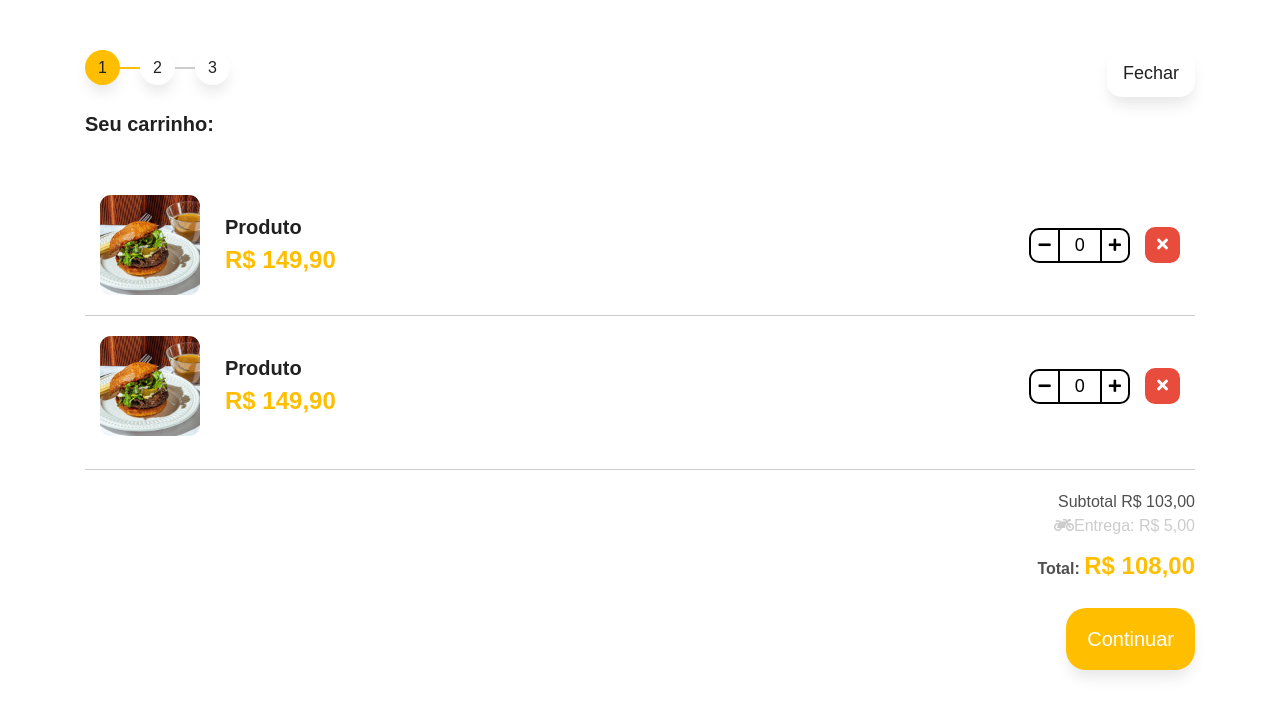
Repository: darkness318/restaraunt
Page: index.html
The author's editor kept a copy of each file at every save. The page is drawn from the files as they stood at one save, then again after the next save.
The browser window is 1280 px wide. The pictures show the window.
A layer covers the whole window, so only the first screen is drawn.

Above is the page before, as saved 2024-10-01 10:21:31.

### index.html
<!DOCTYPE html>
<html lang="pt-br">
  <head>
    <meta charset="UTF-8" />
    <meta name="viewport" content="width=device-width, initial-scale=1.0" />
    <title>Restaurente - Seja bem vindo!</title>
    <link rel="stylesheet" href="./css/bootstrap.min.css" />
    <link rel="stylesheet" href="./css/fontawesome.css" />
    <link rel="stylesheet" href="./css/main.css" />
  </head>

  <body>
    <section class="header">
      <div class="container">
        <nav class="navbar navbar-expand-lg pl-0 pr-0">
          <a class="navbar-brand" href="#">
            <img src="./img/logo.png" width="160" class="img-logo" />
          </a>
          <button
            class="navbar-toggler"
            type="button"
            data-toggle="collapse"
            data-target="#navbarNavDropdown"
          >
            <span class="navbar-toggler-icon">
              <i class="fas fa-bars"></i>
            </span>
          </button>
          <div class="collapse navbar-collapse" id="navbarNavDropdown">
            <ul class="navbar-nav ml-auto mr-auto">
              <li class="nav-item">
                <a href="#reservas" class="nav-link"><b>Reservas</b></a>
              </li>
              <li class="nav-item">
                <a href="#servicos" class="nav-link"><b>Serviços</b></a>
              </li>
              <li class="nav-item">
                <a href="#cardapio" class="nav-link"><b>Cardápio</b></a>
              </li>
              <li class="nav-item">
                <a href="#depoimentos" class="nav-link"><b>Depoimentos</b></a>
              </li>
            </ul>
            <a class="btn btn-white btn-icon">
              Meu carrinho
              <span class="icon">
                <i class="fa fa-shopping-bag"></i>
              </span>
            </a>
          </div>
        </nav>
      </div>
    </section>

    <section class="banner">
      <div class="container">
        <div class="row">
          <div class="col-6">
            <div class="d-flex text-banner">
              <h1>
                <b>Escolha sua comida <b class="color-primary">favorita.</b></b>
              </h1>
              <p>
                Aproveite nosso cardápio! Escolha o que desejar e receba em sua
                casa de forma rápida e segura.
              </p>
              <div>
                <a class="btn btn-yellow mt-4 mr-3"> Ver Cardápio </a>
                <a href="#" class="btn btn-white btn-icon-left mt-4">
                  <span class="icon-left">
                    <i class="fa fa-phone"></i>
                  </span>
                  (66) 9 9999-8888
                </a>
              </div>
            </div>
            <a class="btn btn-sm btn-white btn-social mt-4 mr-3">
              <i class="fab fa-instagram"></i>
            </a>
            <a class="btn btn-sm btn-white btn-social mt-4 mr-3">
              <i class="fab fa-facebook-f"></i>
            </a>
            <a class="btn btn-sm btn-white btn-social mt-4">
              <i class="fab fa-whatsapp"></i>
            </a>
          </div>
          <div class="col-6">
            <div class="card-banner"></div>
            <div class="d-flex img-banner">
              <img src="./img/burguer.png" />
            </div>
            <div class="card card-case">
              "Entrega rápida e funcionários simpáticos.
              <br />A comida chegou quente e <br />
              muito saborosa!"
              <span class="card-case-name">
                <b>Thiago Lopes</b>
              </span>
            </div>
          </div>
        </div>
      </div>
    </section>
    <section class="servicos" id="servicos">
      <div class="background-servicos"></div>

      <div class="container">
        <div class="class row">
          <div class="col-12 text-center mb-5">
            <span class="hint-title"><b>Serviços</b></span>
            <h1 class="title">
              <b>Como são nossos serviços?</b>
            </h1>
          </div>

          <div class="col-4 mb-5">
            <div class="card-icon text-center">
              <img src="./img/icone-pedido.svg" width="150 " />
            </div>

            <div class="card-text text-center mt-3">
              <p><b>Fácil de pedir</b></p>
              <span>
                Você só precisa de alguns passos para pedir sua comida.
              </span>
            </div>
          </div>

          <div class="col-4 mb-5">
            <div class="card-icon text-center">
              <img src="./img/icone-delivery.svg" width="250 " />
            </div>

            <div class="card-text text-center mt-3">
              <p><b>Entrega Rápida</b></p>
              <span> Nossa entrega é sempre pontual, rápida e segura. </span>
            </div>
          </div>

          <div class="col-4 mb-5">
            <div class="card-icon text-center">
              <img src="./img/icone-qualidade.svg" width="250 " />
            </div>

            <div class="card-text text-center mt-3">
              <p><b>Melhor qualidade</b></p>
              <span>
                Não só a rapidez na entrega, a qualidade também é o nosso forte.
              </span>
            </div>
          </div>
        </div>
      </div>
    </section>
    <section class="cardapio" id="cardapio">
      <div class="background-cardapio"></div>

      <div class="container">
        <div class="row">
          <div class="col-12 text-center mb-5">
            <span class="hint-title"><b>Cardápio</b></span>
            <h1 class="title">
              <b>Conheça o nosso Cardápio</b>
            </h1>
          </div>

          <div class="col-12 container-menu">
            <a class="btn btn-white btn-sm mr-3">
              <i class="fas fa-hamburger"></i>&nbsp;Burgers
            </a>
            <a class="btn btn-white btn-sm mr-3">
              <i class="fas fa-pizza-slice"></i>&nbsp;Pizzas
            </a>
            <a class="btn btn-white btn-sm mr-3">
              <i class="fas fa-drumstick-bite"></i>&nbsp;Churrasco
            </a>
            <a class="btn btn-white btn-sm mr-3">
              <i class="fas fa-bacon"></i>&nbsp;Steaks
            </a>
            <a class="btn btn-white btn-sm mr-3">
              <i class="fas fa-cocktail"></i>&nbsp;Bebidas
            </a>
            <a class="btn btn-white btn-sm mr-3">
              <i class="fas fa-ice-cream"></i>&nbsp;Sobremesas
            </a>
          </div>

          <div class="col-12">
            <div class="row" id="itensCardapio">
              <div class="col-3 mb-5">
                <div class="card card-item">
                  <div class="img-produto">
                    <img
                      src="./img/cardapio/burguers/burger-au-poivre-kit-4-pack.3ca0e39b02db753304cd185638dad518.jpg"
                    />
                  </div>
                  <p class="title-produto text-center mt-4">
                    <b>Nome do produto muito grande</b>
                  </p>
                  <p class="price-produto text-center">
                    <b>R$ 154,90</b>
                  </p>

                  <div class="add-carrinho">
                    <span class="btn-menos"><i class="fas fa-minus"></i></span>
                    <span class="btn-numero-itens">0</span>
                    <span class="btn-mais"><i class="fas fa-plus"></i></span>
                    <span class="btn btn-add"
                      ><i class="fa fa-shopping-bag"></i
                    ></span>
                  </div>
                </div>
              </div>

              <div class="col-3 mb-5">
                <div class="card card-item">
                  <div class="img-produto">
                    <img
                      src="./img/cardapio/burguers/burger-au-poivre-kit-4-pack.3ca0e39b02db753304cd185638dad518.jpg"
                    />
                  </div>
                  <p class="title-produto text-center mt-4">
                    <b>Nome do produto muito grande</b>
                  </p>
                  <p class="price-produto text-center">
                    <b>R$ 154,90</b>
                  </p>

                  <div class="add-carrinho">
                    <span class="btn-menos"><i class="fas fa-minus"></i></span>
                    <span class="btn-numero-itens">0</span>
                    <span class="btn-mais"><i class="fas fa-plus"></i></span>
                    <span class="btn btn-add"
                      ><i class="fa fa-shopping-bag"></i
                    ></span>
                  </div>
                </div>
              </div>

              <div class="col-3 mb-5">
                <div class="card card-item">
                  <div class="img-produto">
                    <img
                      src="./img/cardapio/burguers/burger-au-poivre-kit-4-pack.3ca0e39b02db753304cd185638dad518.jpg"
                    />
                  </div>
                  <p class="title-produto text-center mt-4">
                    <b>Nome do produto muito grande</b>
                  </p>
                  <p class="price-produto text-center">
                    <b>R$ 154,90</b>
                  </p>

                  <div class="add-carrinho">
                    <span class="btn-menos"><i class="fas fa-minus"></i></span>
                    <span class="btn-numero-itens">0</span>
                    <span class="btn-mais"><i class="fas fa-plus"></i></span>
                    <span class="btn btn-add"
                      ><i class="fa fa-shopping-bag"></i
                    ></span>
                  </div>
                </div>
              </div>

              <div class="col-3 mb-5">
                <div class="card card-item">
                  <div class="img-produto">
                    <img
                      src="./img/cardapio/burguers/burger-au-poivre-kit-4-pack.3ca0e39b02db753304cd185638dad518.jpg"
                    />
                  </div>
                  <p class="title-produto text-center mt-4">
                    <b>Nome do produto muito grande</b>
                  </p>
                  <p class="price-produto text-center">
                    <b>R$ 154,90</b>
                  </p>

                  <div class="add-carrinho">
                    <span class="btn-menos"><i class="fas fa-minus"></i></span>
                    <span class="btn-numero-itens">0</span>
                    <span class="btn-mais"><i class="fas fa-plus"></i></span>
                    <span class="btn btn-add"
                      ><i class="fa fa-shopping-bag"></i
                    ></span>
                  </div>
                </div>
              </div>
            </div>
          </div>
          <div class="col-12 text-center">
            <a class="btn btn-white btn-sm">Ver mais</a>
          </div>
        </div>
      </div>
    </section>
    <section class="depoimentos" id="depoimentos">
      <div class="background-depoimentos"></div>
      <div class="container">
        <div class="row">
          <div class="col-5 text-center">
            <div class="card-depoimentos"></div>
            <div class="d-flex img-banner">
              <img src="./img/pizzas.png" />
            </div>
          </div>

          <div class="col-7">
            <span class="hint-title"><b>Depoimentos</b></span>
            <h1 class="title">
              <b>O que dizem sobre nós</b>
            </h1>
            <div class="mb-5">
              <div class="depoimento" id="depoimento-1">
                <div class="container-dados-depoimento">
                  <div class="imagem-depoimento"></div>
                  <div>
                    <p class="nome-depoimento"><b>Diego Pereira</b></p>
                    <p class="nota-depoimento">
                      <i class="fas fa-star"></i>
                      <i class="fas fa-star"></i>
                      <i class="fas fa-star"></i>
                      <i class="fas fa-star"></i>
                      <i class="fas fa-star-half-alt"></i>&nbsp;
                      <span>4.5</span>
                    </p>
                  </div>
                </div>
                <p class="texto-depoimento">
                  <i class="fas fa-quote-left"></i>
                  <span>
                    Muito bom, recomendo demais! Comida muito bem feita pelo
                    chefe, atendimento dentro dos parâmetros e boa comunicação
                    com o cliente.
                  </span>
                  <i class="fas fa-quote-right"></i>
                </p>
              </div>

              <div class="depoimento hidden" id="depoimento-2">
                <div class="container-dados-depoimento">
                  <div class="imagem-depoimento"></div>
                  <div>
                    <p class="nome-depoimento"><b>Ana Beatriz</b></p>
                    <p class="nota-depoimento">
                      <i class="fas fa-star"></i>
                      <i class="fas fa-star"></i>
                      <i class="fas fa-star"></i>
                      <i class="fas fa-star"></i>
                      <i class="fas fa-star"></i>&nbsp; <span>5.0</span>
                    </p>
                  </div>
                </div>
                <p class="texto-depoimento">
                  <i class="fas fa-quote-left"></i>
                  <span>
                    Um jantar perfeito do começo ao fim. Comida, experiência,
                    serviço... foi tão maravilhoso que fomos dois dias seguidos
                    - fato inédito para mim em uma viagem.
                  </span>
                  <i class="fas fa-quote-right"></i>
                </p>
              </div>

              <div class="depoimento hidden" id="depoimento-3">
                <div class="container-dados-depoimento">
                  <div class="imagem-depoimento"></div>
                  <div>
                    <p class="nome-depoimento"><b>João Guilherme</b></p>
                    <p class="nota-depoimento">
                      <i class="fas fa-star"></i>
                      <i class="fas fa-star"></i>
                      <i class="fas fa-star"></i>
                      <i class="fas fa-star"></i>
                      <i class="far fa-star"></i>&nbsp; <span>4.0</span>
                    </p>
                  </div>
                </div>
                <p class="texto-depoimento">
                  <i class="fas fa-quote-left"></i>
                  <span>
                    A comida estava excelente e o serviço gentil nos
                    surpreendeu! Dica: reserve umas 3 horas para ter uma
                    experiência incrível.
                  </span>
                  <i class="fas fa-quote-right"></i>
                </p>
              </div>
            </div>

            <a class="btn btn-sm btn-white btn-social mr-3 active">1</a>
            <a class="btn btn-sm btn-white btn-social mr-3">2</a>
            <a class="btn btn-sm btn-white btn-social">3</a>
          </div>
        </div>
      </div>
    </section>
    <section class="reserva" id="reserva">
      <div class="container">
        <div class="row">
          <div class="col-12">
            <div class="card-secondary">
              <div class="row">
                <div class="col-7">
                  <span class="hint-title"><b>Reserva</b></span>
                  <h1 class="title">
                    <b>Quer reservar um horário?</b>
                  </h1>
                  <p class="pr-5">
                    Mande uma mensagem clicando no botão abaixo
                    <br />
                    Reserve sua data e horário de forma simples e rápida.
                  </p>
                  <a class="btn btn-yellow mt-4"> Fazer reserva </a>
                </div>

                <div class="col-5">
                  <div class="card-reserva"></div>
                  <div class="d-flex img-banner">
                    <img src="./img/icone-reserva.svg" />
                  </div>
                </div>
              </div>
            </div>
          </div>
        </div>
      </div>
    </section>

    <section class="footer">
      <div class="container">
        <div class="row">
          <div class="col-3 container-logo-footer">
            <img class="logo-footer" src="./img/logo.png" />
          </div>

          <div class="col-6 container-texto-footer">
            <p class="mb-0">
              <b>Menu On-line</b> &copy; Todos os direitos reservados
            </p>
          </div>

          <div class="col-3 container-redes-footer">
            <a class="btn btn-sm btn-white btn-social mr-3">
              <i class="fab fa-instagram"></i>
            </a>
            <a class="btn btn-sm btn-white btn-social mr-3">
              <i class="fab fa-facebook-f"></i>
            </a>
            <a class="btn btn-sm btn-white btn-social">
              <i class="fab fa-whatsapp"></i>
            </a>
          </div>
        </div>
      </div>
    </section>

    <div class="modal-full" id="modalCarrinho">
      <div class="m-header">
        <div class="container">
          <a class="btn btn-white btn-sm float-right"> Fechar </a>

          <div class="etapas">
            <div class="etapa etapa1 active">1</div>
            <div class="etapa etapa2">2</div>
            <div class="etapa etapa3">3</div>
          </div>
          <p class="title-carrinho mt-4">
            <b id="lblTituloEtapa">Seu carrinho:</b>
          </p>
        </div>
      </div>

      <div class="m-body">
        <div class="container">
          <div id="itensCarrinho" class="row mr-0 ml-0">
            <div class="col-12 item-carrinho">
              <div class="img-produto">
                <img
                  src="./img/cardapio/burguers/burger-au-poivre-kit-4-pack.3ca0e39b02db753304cd185638dad518.jpg"
                />
              </div>
              <div class="dados-produto">
                <p class="title-produto"><b>Produto</b></p>
                <p class="price-produto"><b>R$ 149,90</b></p>
              </div>
              <div class="add-carrinho">
                <span class="btn-menos"><i class="fas fa-minus"></i></span>
                <span class="btn-numero-itens">0</span>
                <span class="btn-mais"><i class="fas fa-plus"></i></span>
                <span class="btn btn-remove"><i class="fa fa-times"></i></span>
              </div>
            </div>
            <!-- segundo item do carrinho   -->
            <div class="col-12 item-carrinho">
              <div class="img-produto">
                <img
                  src="./img/cardapio/burguers/burger-au-poivre-kit-4-pack.3ca0e39b02db753304cd185638dad518.jpg"
                />
              </div>
              <div class="dados-produto">
                <p class="title-produto"><b>Produto</b></p>
                <p class="price-produto"><b>R$ 149,90</b></p>
              </div>
              <div class="add-carrinho">
                <span class="btn-menos"><i class="fas fa-minus"></i></span>
                <span class="btn-numero-itens">0</span>
                <span class="btn-mais"><i class="fas fa-plus"></i></span>
                <span class="btn btn-remove"><i class="fa fa-times"></i></span>
              </div>
            </div>
          </div>

          <div id="localEntrega" class="row mr-0 ml-0 hidden"></div>

          <div id="resumoCarrinho" class="row mr-0 ml-0 hidden"></div>
        </div>
      </div>

      <div class="m-footer">
        <div class="container">
          <div class="container-total text-right mb-4 ">
            <p class="mb-0">
              <span>Subtotal</span>
              <span id="lblSubtotal">R$ 103,00</span>
            </p>
            <p class="mb-0 texto-entrega">
              <span><i class="fas fa-motorcycle"></i>Entrega:</span>
              <span id="lblValorEntrega">R$ 5,00</span>
            </p>
            <p class="mb-0 texto-total"></p>
              <span><b>Total:</b></span>
              <span class="valor-total" id="lblValorTotal"><b>R$ 108,00</b></span>
            </p>
          </div>
          <a class="btn btn-yellow float-right" id="btnEtapaPedido">Continuar</a>
        </div>
      </div>
    </div>

    <script type="text/javascript" src="./js/jquery-1.12.4.min.js"></script>
    <script type="text/javascript" src="./js/modernizr-3.5.0.min.js"></script>
    <script type="text/javascript" src="./js/bootstrap.min.js"></script>
    <script type="text/javascript" src="./js/popper.min.js"></script>
  </body>
</html>

Loaded but not shown: css/bootstrap.min.css (library); css/fontawesome.css (library); js/jquery-1.12.4.min.js (library); js/modernizr-3.5.0.min.js (library); js/bootstrap.min.js (library); js/popper.min.js (library); css/main.css (621 lines, source omitted)

After the next save:
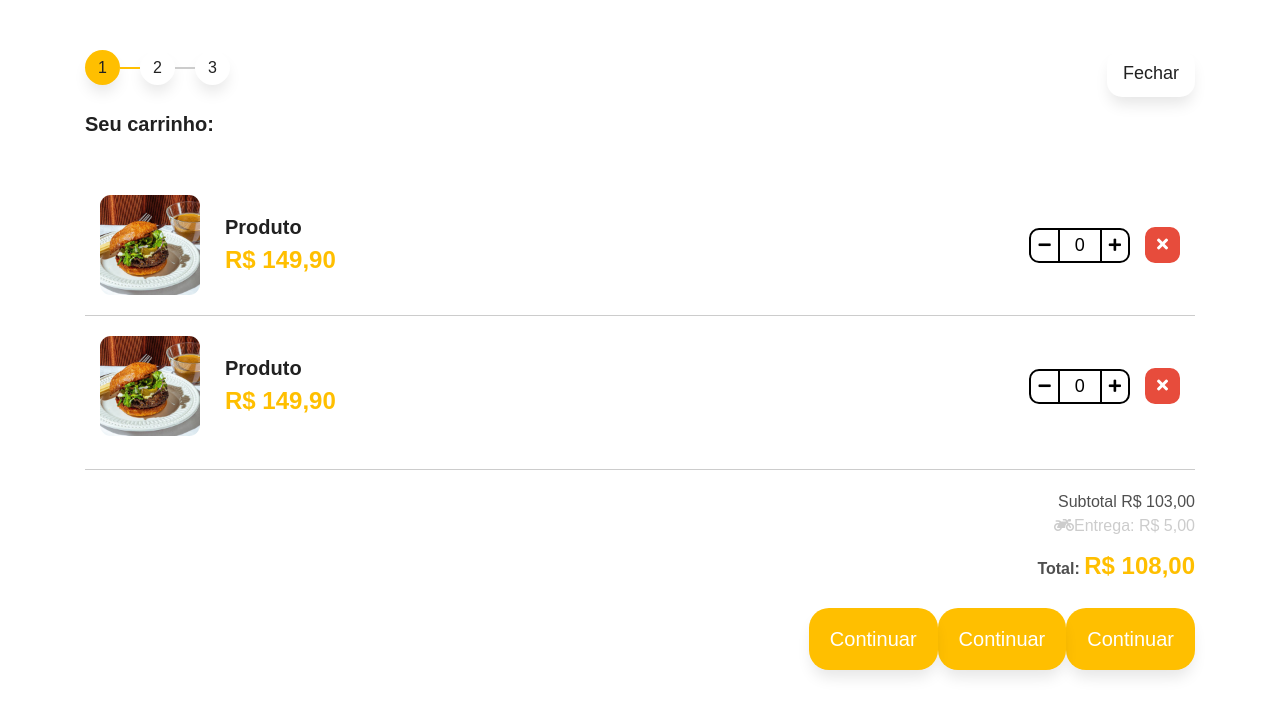
Saved 3 s later.
--- a/index.html
+++ b/index.html
@@ -534,6 +534,8 @@
             </p>
           </div>
           <a class="btn btn-yellow float-right" id="btnEtapaPedido">Continuar</a>
+          <a class="btn btn-yellow float-right" id="btnEtapaPedido">Continuar</a>
+          <a class="btn btn-yellow float-right" id="btnEtapaPedido">Continuar</a>
         </div>
       </div>
     </div>
